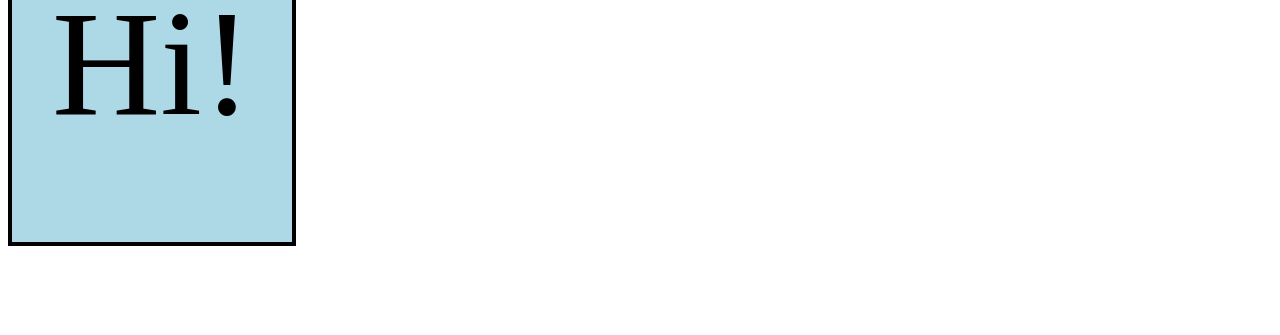
Repository: nottonofclay/csi_waymo
Page: transformations/transformations.html
An editor plug-in stored every save of this project. The page is shown before and after a run of saves, followed by the edit.
The browser window is 1280 px wide. The pictures show the whole page.

Above is the page before, as saved 2023-07-06 12:16:14.

After the next 4 saves:
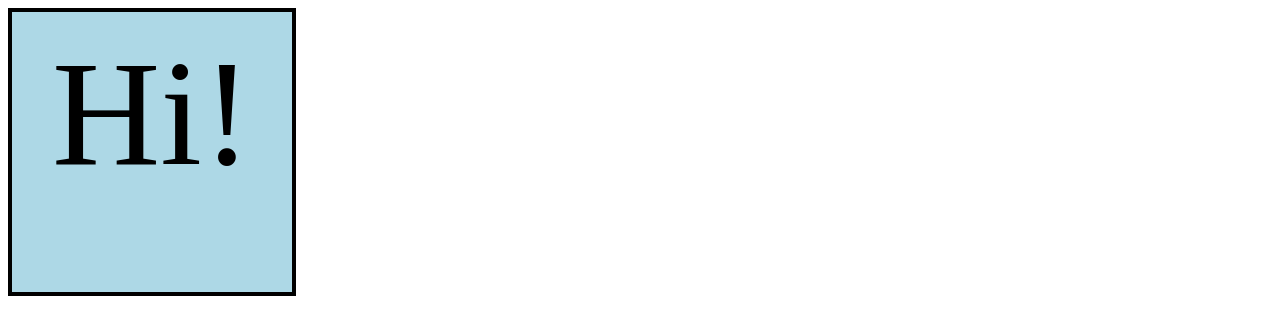
The 4 saves are shown as one change because they came seconds apart.
The last was saved 20 s later.
--- a/transformations/transformations.css
+++ b/transformations/transformations.css
@@ -7,6 +7,8 @@
     text-align: center;
     background: lightblue;
 
-    transform: translateX(-50px);
-    transform: translateY(-50px);
+    /* transform: translateX(-50px);
+    transform: translateY(-50px); */
+    transform: ;
+
 }
